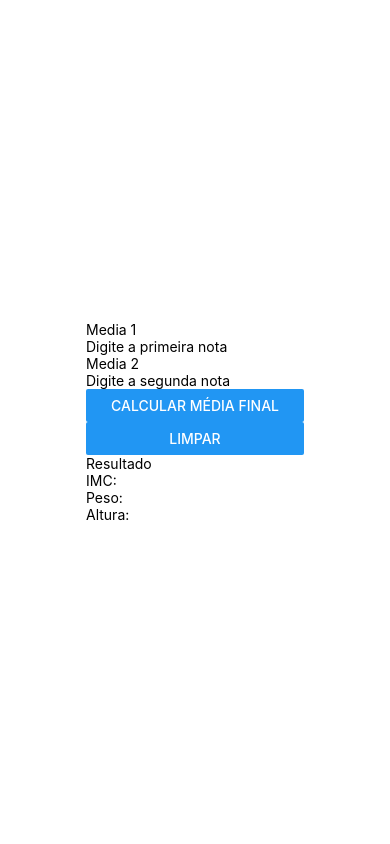
Repository: brksaian/Desenvolvimento_Mobile
Screen: / (app in Trabalhos/calculadoraMedia/)
An editor plug-in stored every save of this project. The screen is shown before and after a run of saves, followed by the edit.
The app was drawn by React Native's web renderer in a window 390 px wide. The project was rebuilt for these pictures with package versions that can differ from the ones it lists, and the page was loaded fresh each time. Some packages were replaced by stand-ins written for this rebuild.

Above is the screen before, as saved 2023-08-20 18:47:52.

### Trabalhos/calculadoraMedia/App.js
import { StatusBar } from "expo-status-bar";
import React from "react";
import { StyleSheet, Text, View } from "react-native";
import Main from "./src/components/main";

export default function App() {
  return (
    <View style={styles.container}>
      <Main />
      <StatusBar style="auto" />
    </View>
  );
}

const styles = StyleSheet.create({
  container: {
    flex: 1,
    backgroundColor: "#fff",
    alignItems: "center",
    justifyContent: "center",
  },
});

### Trabalhos/calculadoraMedia/src/components/main/index.js
import React from "react";
import { View } from "react-native";
import Form from "../title";

export default function Main() {
  return (
    <View>
      <Form />
    </View>
  );
}

### Trabalhos/calculadoraMedia/src/components/title/index.js
import React, { useState } from "react";
import { View, Text, TextInput, Button } from "react-native";

export default function Form() {
  return (
    //conteudo do formulario
    <View>
      <Text>Media 1</Text>
      <TextInput placeholder="Digite a primeira nota" keyboardType="numeric" />
      <Text>Media 2</Text>
      <TextInput placeholder="Digite a segunda nota" keyboardType="numeric" />

      <Button title="Calcular Média final" />
      <Button title="Limpar" />

      <Text>Resultado</Text>
      <Text>IMC: </Text>
      <Text>Peso: </Text>
      <Text>Altura: </Text>
    </View>
  );
}

### Trabalhos/calculadoraMedia/src/components/result/index.js
export default function ResultMedia(props) {
  return (
    <View>
      <Text>{props.resultImc}</Text>
      <Text>{props.messageResultImc}</Text>
    </View>
  );
}

Loaded but not shown: Trabalhos/calculadoraMedia/index.js (common file)

After the next 3 saves:
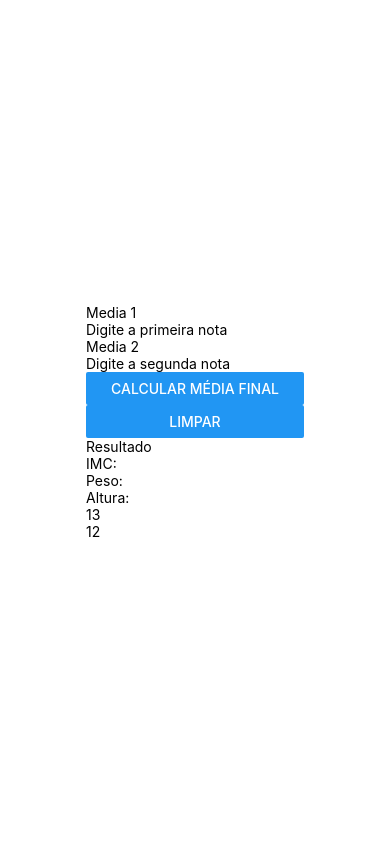
The 3 saves are shown as one change because 2 did not build or start.
The last was saved 3 min 41 s later.
--- a/Trabalhos/calculadoraMedia/src/components/main/index.js
+++ b/Trabalhos/calculadoraMedia/src/components/main/index.js
@@ -1,11 +1,13 @@
 import React from "react";
 import { View } from "react-native";
 import Form from "../title";
+import ResultMedia from "../result";
 
 export default function Main() {
   return (
     <View>
       <Form />
+      <ResultMedia messageResultImc={12} resultImc={13} />
     </View>
   );
 }
--- a/Trabalhos/calculadoraMedia/src/components/result/index.js
+++ b/Trabalhos/calculadoraMedia/src/components/result/index.js
@@ -1,3 +1,6 @@
+import React, { useState } from "react";
+import { View, Text, TextInput, Button } from "react-native";
+
 export default function ResultMedia(props) {
   return (
     <View>
